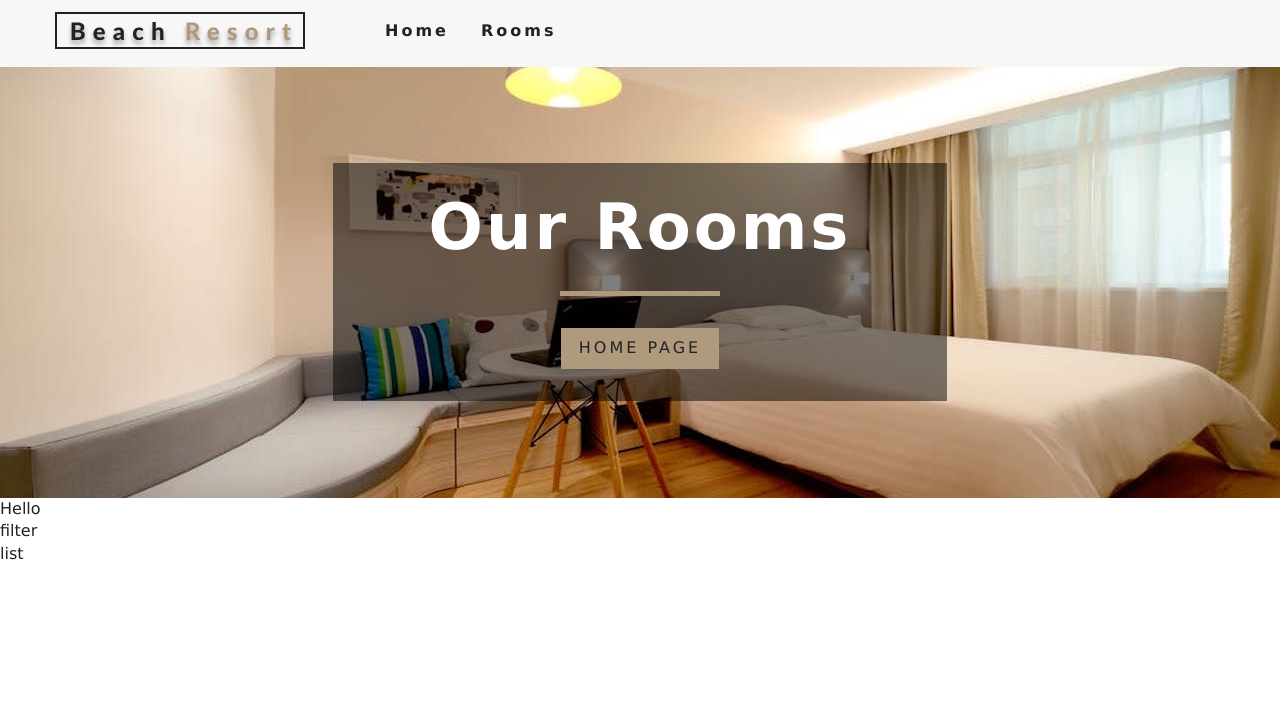
Repository: sanchit01garg/react-beachResort
Page: /rooms
These files come from the project's save history. The page is drawn as it stood at one moment and after the next save; the edit follows.
The browser window is 1280 px wide. The pictures show the whole page.
The project was rebuilt for these pictures with package versions that can differ from the ones it lists, and the page was loaded fresh each time. Also part of the build but not shown: src/components/Title.js, src/components/Services.js, src/components/Room.js, src/components/FeaturedRooms.js, src/pages/Home.js, src/pages/Error.js, src/components/StyledHero.js, src/pages/SingleRoom.js.

Above is the page before, as saved 2021-01-08 12:30:55.

After the next save:
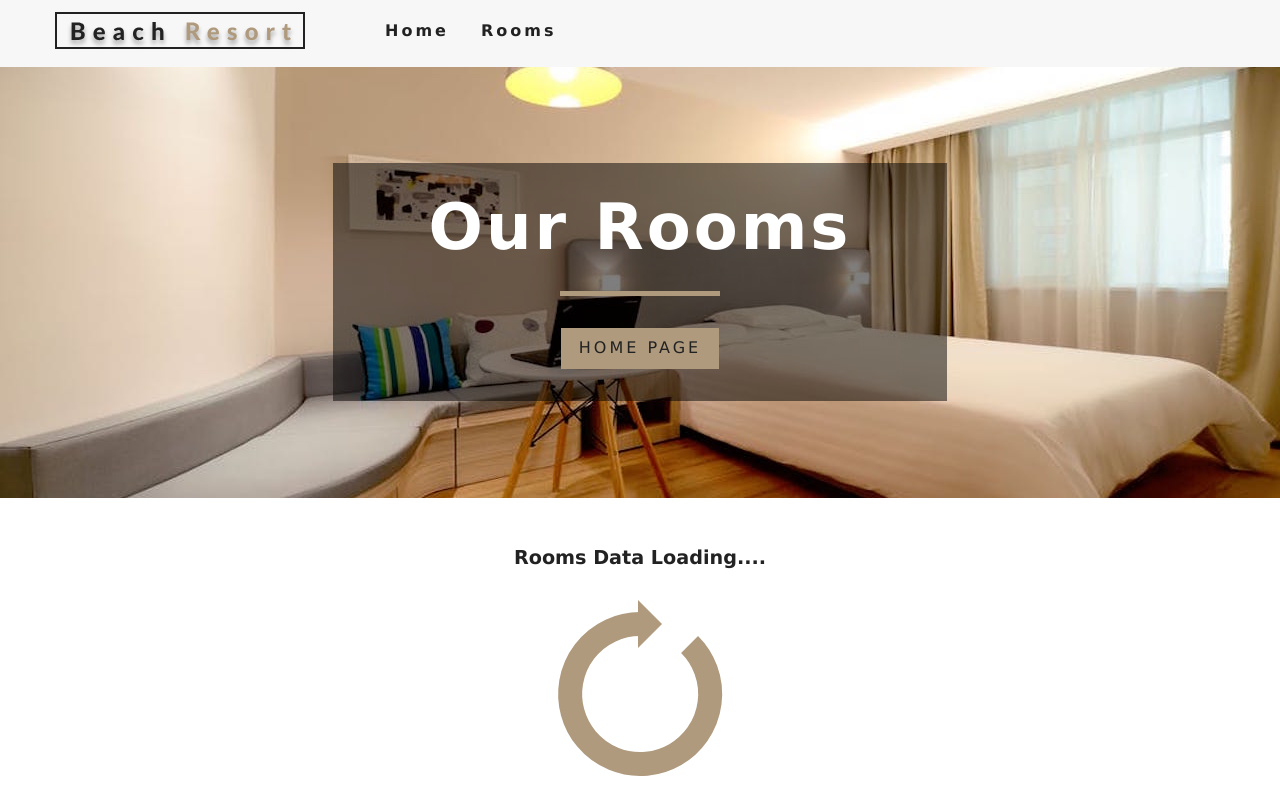
Saved 29 s later.
--- a/src/Context.js
+++ b/src/Context.js
@@ -18,7 +18,7 @@
       rooms,
       featuredRooms,
       sortedRooms: rooms,
-      loading: false,
+      // loading: false,
     });
   }
 

After the save that followed:
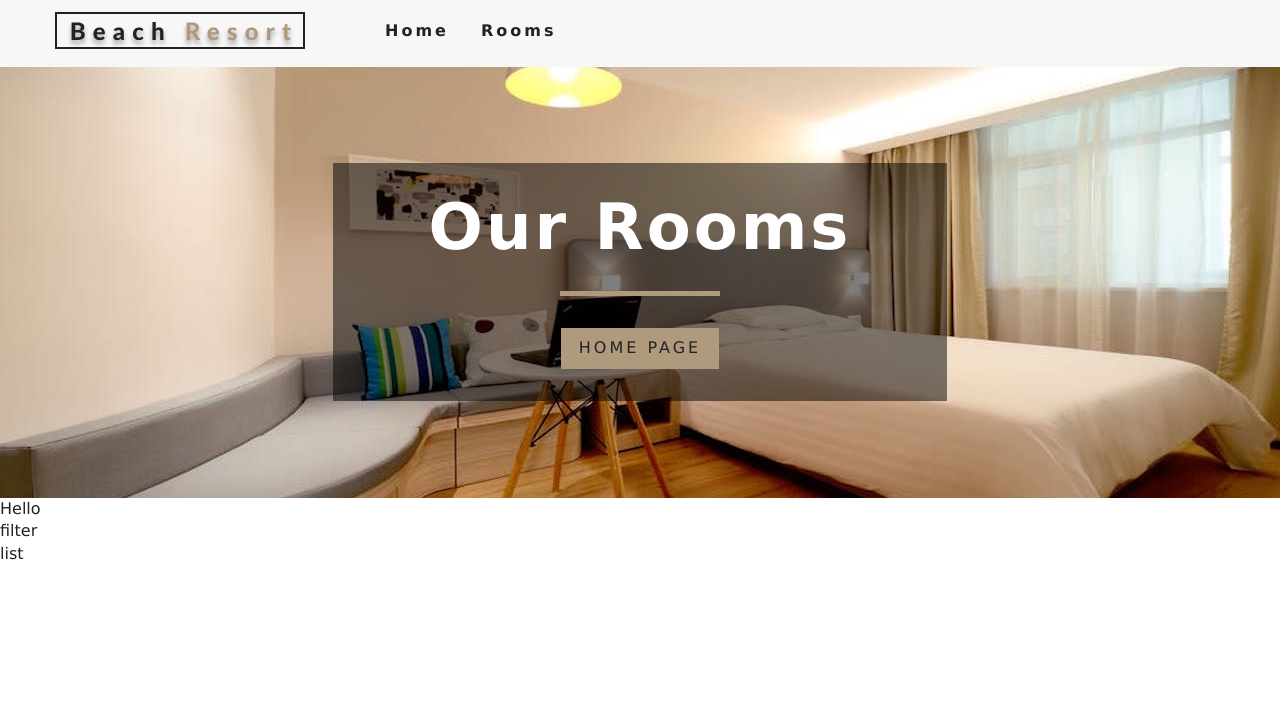
Saved 16 s later.
--- a/src/Context.js
+++ b/src/Context.js
@@ -18,7 +18,7 @@
       rooms,
       featuredRooms,
       sortedRooms: rooms,
-      // loading: false,
+      loading: false,
     });
   }
 
